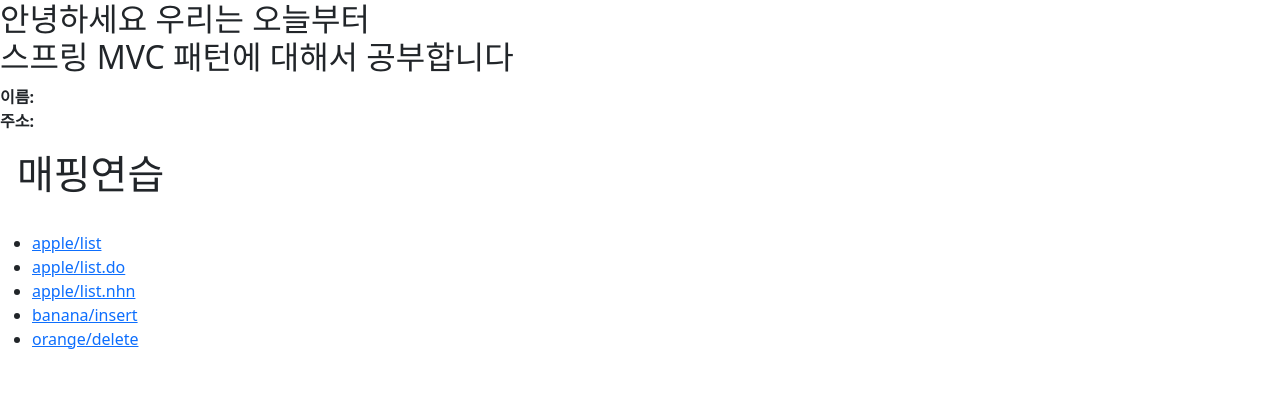
Repository: Hyeonqz/Spring
Page: http://localhost/SpringMVC0/WEB-INF/day1005/start.jsp
An editor plug-in stored every save of this project. The page is shown before and after the next save, followed by the edit.
The browser window is 1280 px wide. The pictures show the whole page.
The page is served by Tomcat 9. Nobody is signed in. The template is opened directly, without the code that normally fills it, so the values that code supplies are empty.

Above is the page before, as saved 2023-10-05 02:46:03.

After the next save:
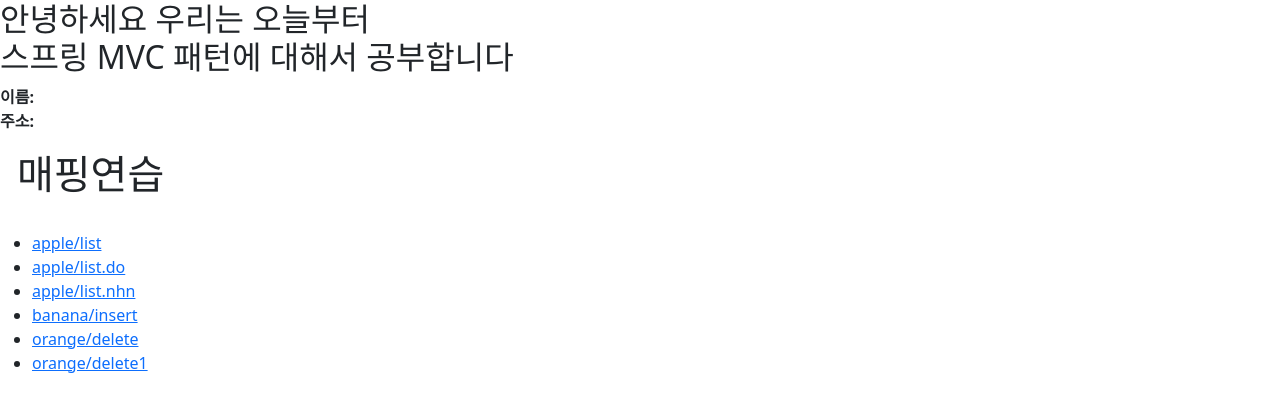
Saved 40 s later.
--- a/SpringMVC0/src/main/webapp/WEB-INF/day1005/start.jsp
+++ b/SpringMVC0/src/main/webapp/WEB-INF/day1005/start.jsp
@@ -26,6 +26,7 @@
 		<li><a href="apple/list">apple/list.nhn</a></li>
 		<li><a href="banana/insert">banana/insert</a></li>
 		<li><a href="orange/delete">orange/delete</a></li>
+		<li><a href="orange/delete">orange/delete1</a></li>
 	</ul>
 </body>
 
